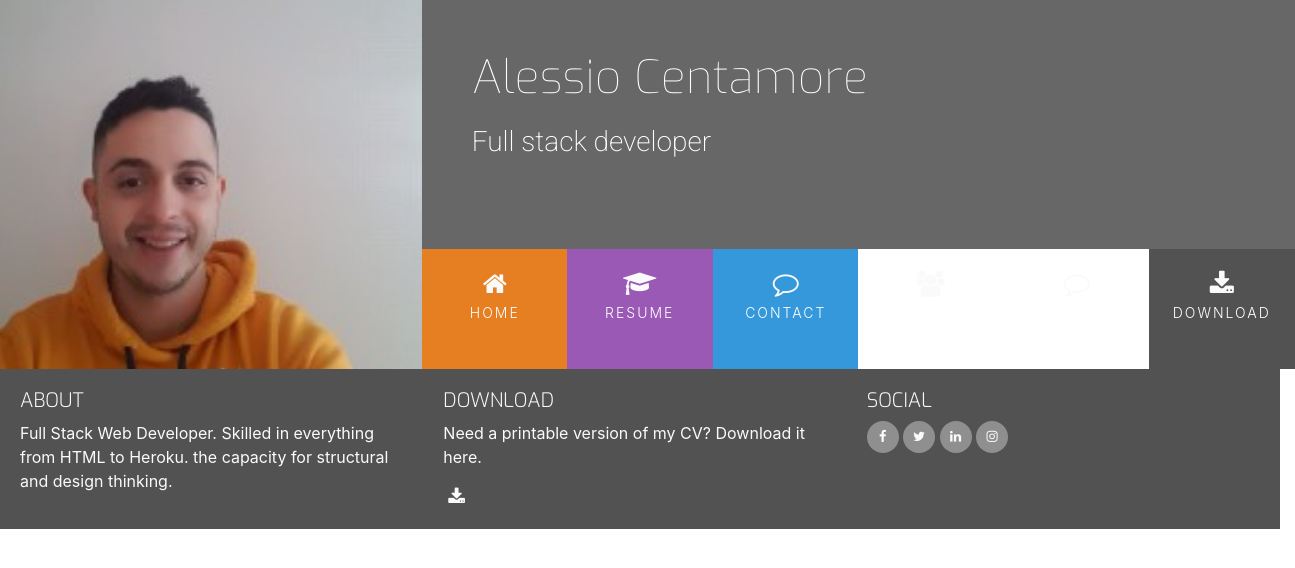
Repository: Baal89/Resume
Page: github.html
The author's editor kept a record of every edit. The page is drawn from the files as they stood at one moment, then again after the next edit.
The browser window is 1280 px wide. The page is 1295 px wide, so the pictures cover 1295 px, including what lies to the right of the window. The pictures show the whole page.

Above is the page before.

### github.html
<!DOCTYPE html>
<html lang="en">

<head>
    <meta charset="UTF-8">
    <meta name="viewport" content="width=device-width, initial-scale=1.0">
    <meta http-equiv="X-UA-Compatible" content="ie=edge">
    <link rel="stylesheet" href="https://stackpath.bootstrapcdn.com/bootstrap/4.4.1/css/bootstrap.min.css" integrity="sha384-Vkoo8x4CGsO3+Hhxv8T/Q5PaXtkKtu6ug5TOeNV6gBiFeWPGFN9MuhOf23Q9Ifjh" crossorigin="anonymous">
    <link href="https://stackpath.bootstrapcdn.com/font-awesome/4.7.0/css/font-awesome.min.css" rel="stylesheet" integrity="sha384-wvfXpqpZZVQGK6TAh5PVlGOfQNHSoD2xbE+QkPxCAFlNEevoEH3Sl0sibVcOQVnN" crossorigin="anonymous">
    <link rel="stylesheet" href="https://cdnjs.cloudflare.com/ajax/libs/hover.css/2.3.1/css/hover-min.css" type="text/css" />
    <link rel="stylesheet" href="assets/css/style.css" type="text/css" />
    <title>Alessio</title>
</head>

<body>

    <header>
        <div class="row">
            <a href="index.html" class="col-md-4 logo px-0">

            </a>
            <div class="col-md-8">
                <div class="row bg-color-name-title">
                    <div class="col heading px-0">
                        <h1 class="name">Alessio Centamore</h1>
                        <h2 class="title">Full stack developer</h2>
                    </div>
                </div>
                <div class="row">
                    <div class="col px-0">
                        <ul id="nav" class="list-inline menu-container">
                            <li class="col-6 col-sm-2 ui-menu-color-home list-inline-item menuitem">
                                <a href="index.html" class="hvr-sweep-to-bottom"><i class="fa fa-home" aria-hidden="true"></i><span>Home</span></a>
                            </li>
                            <li class="col-6 col-sm-2 ui-menu-color-resume list-inline-item menuitem">
                                <a href="resume.html" class="hvr-sweep-to-bottom"><i class="fa fa-graduation-cap" aria-hidden="true"></i><span>Resume</span></a>
                            </li>
                            <li class="col-6 col-sm-2 ui-menu-color-contact list-inline-item menuitem">
                                <a href="contact.html" class="hvr-sweep-to-bottom"><i class="fa fa-comment-o" aria-hidden="true"></i><span>Contact</span></a>
                            </li>
                            <li class="col-6 col-sm-2 ui-menu-color-interests list-inline-item menuitem">
                                <a href="interests.html" class="hvr-sweep-to-bottom"><i class="fa fa-users" aria-hidden="true"></i><span>Interests</span></a>
                            </li>
                            <li class="col-6 col-sm-2 ui-menu-color-github list-inline-item menuitem">
                                <a href="github.html" class="hvr-sweep-to-bottom"><i class="fa fa-comment-o" aria-hidden="true"></i><span>GitHub</span></a>
                            </li>
                            <li class="col-6 col-sm-2 ui-menu-color-download list-inline-item menuitem">
                                <a href="assets/cv/Alessio-Centamore-C.V.pdf" target="_blank" class="hvr-sweep-to-bottom"><i class="fa fa-download" aria-hidden="true"></i><span>Download</span></a>
                            </li>
                        </ul>
                    </div>
                </div>
            </div>
        </div>
    </header>



    <footer class="container-fluid" id="footer-details">
        <div class="row">
            <div class="col-sm-4">
                <h5 class="uppercase general-sub">About</h5>
                <p class="inline-block">Full Stack Web Developer. Skilled in everything from HTML to Heroku. the capacity for structural and design thinking.</p>
            </div>
            <div class="col-sm-4">
                <h5 class="uppercase general-sub">Download</h5>
                <p class="inline-block">Need a printable version of my CV? Download it here.</p>
                <a href="assets/cv/Alessio-Centamore-C.V.pdf" target="_blank" target="_blank" class="cv-pdf">
                    <i class="fa fa-download" aria-hidden="true"></i>
                    <span class="sr-only">Download link.</span>
                </a>
            </div>
            <div class="col-sm-4">
                <h5 class="uppercase general-sub">Social</h5>
                <ul class="list-inline social-links">
                    <li class="list-inline-item">
                        <a target="_blank" href="#">
                            <i class="fa fa-facebook" aria-hidden="true"></i>
                            <span class="sr-only">Facebook</span>
                        </a>
                    </li>
                     <li class="list-inline-item">
                        <a target="_blank" href="#">
                            <i class="fa fa-twitter" aria-hidden="true"></i>
                            <span class="sr-only">Twitter</span>
                        </a>
                    </li>
                     <li class="list-inline-item">
                        <a target="_blank" href="#">
                            <i class="fa fa-linkedin" aria-hidden="true"></i>
                            <span class="sr-only">Linkedin</span>
                        </a>
                    </li>
                     <li class="list-inline-item">
                        <a target="_blank" href="#">
                            <i class="fa fa-instagram" aria-hidden="true"></i>
                            <span class="sr-only">Instagram</span>
                        </a>
                    </li>
                </ul>
            </div>
        </div>
    </footer>

</body>

</html>

### assets/css/style.css
@import url('https://fonts.googleapis.com/css?family=Roboto:100,200,300,400,500,600,700|Exo:100,200,300,400,500,600,700&display=swap');


/*-----------------------------------------------------------------Colors */

.bg-color-name-title {
    background-color: #676767;
}

.bg-color-three-resons {
    background-color: #fff;
}

.bg-color-personal-info {
    background-color: #f4f4f4
}

.bg-color-personal-work-history {
    background-color: #9b59b6;
}

.bg-color-contact {
    background-color: #fff;
}

.ui-menu-color-home {
    background-color: #e67e22;
}

.ui-menu-color-resume {
    background-color: #9b59b6;
}

.ui-menu-color-contact {
    background-color: #3498db;
}

.ui-menu-color-download {
    background-color: #525252;
}

/* ---------------------------------------------------------------Special padding/margins/text */

h1,
h2,
h3,
h4 {
    margin: 0;
}

.uppercase {
    text-transform: uppercase;
}

.general-sub {
    font-family: "Exo", sans-serif;
    font-weight: 300;
    color: #fafafa;
}

.inline-block {
    display: inline-block;
}

.row-table {
    display: table;
}

.section-column {
    display: table-cell;
    padding: 0 30px 30px;
    float: none;
}

.section-heading,
.history-heading {
    font-family: "Exo", sans-serif;
    font-weight: 300;
    margin-top: 25px;
    margin-bottom: 40px;
}

/* ---------------------------------------------------------------Heading */

header {
    margin: 0;
}

.heading {
    margin-left: 50px;
}

.logo {
    background-image: url("../img/Alessio.jpg");
    background-position: center;
    background-repeat: no-repeat;
    background-size: cover;
    min-height: 360px;
    transition: all .5s ease-in-out;
    -moz-transition: all .5s ease-in-out;
    -webkit-transition: all .5s ease-in-out;
}

.name {
    font-family: Exo, sans-serif;
    font-weight: 100;
    font-size: 46px;
    margin-top: 50px;
    color: #ffffff;
}

.title {
    font-family: Roboto, sans-serif;
    font-weight: 200;
    font-size: 28px;
    margin-top: 20px;
    margin-bottom: 90px;
    color: #ffffff;
}

.list-inline-item:not(:last-child) {
    margin-right: 0 !important;
}

.menu-container {
    font-size: 0;
}

#nav li {
    font-size: 14px;
    padding: 0;
}

.menuitem {
    height: 120px;
    text-align: center;
    padding: 0;
}

.menuitem a {
    width: 100%;
    text-decoration: none;
    color: #fff;
    height: 120px;
}

.menuitem i {
    padding-top: 22px;
    display: block;
    color: #fafafa;
    font-size: 26px;
}

.menuitem span {
    display: block;
    width: 100%;
    padding-top: 5px;
    text-align: center;
    text-transform: uppercase;
    font-size: 14px;
    font-weight: 300;
    letter-spacing: 2px;
}

#nav {
    margin: 0;
}

/* ---------------------------------------------------------------Hover */

.hvr-sweep-to-bottom:before {
    background-color: rgba(0,0,0, 0.2);
    height: 120px;
}

/* --------------------------------------------------------------Footer */

footer {
    background-color: #525252;
    color: #fafafa;
    min-height: 120px;
    margin: 0;
}

.cv-pdf i {
    font-size: 18px;
    color: #fafafa;
    text-align: center;
    padding-left: 5px;
    transition: all 0.35s ease-in-out;
    -moz-0transition: all 0.35s ease-in-out;
    -webkit-transition: all 0.35s ease-in-out;
    -o-transition: all 0.35s ease-in-out;
}

.cv-pdf i:hover {
    color: #e84610;
}

.social-links {
    padding-bottom: 15px;
}

.social-links li a i {
    width: 32px;
    height: 32px;
    padding: 12px 0;
    border-radius: 50%;
    font-size: 13px;
    line-height: 7px;
    text-align: center;
    color: #fafafa;
    background-color: #8f8f8f;
    transition: all 0.35s ease-in-out;
    -moz-0transition: all 0.35s ease-in-out;
    -webkit-transition: all 0.35s ease-in-out;
    -o-transition: all 0.35s ease-in-out;
}

.social-links li a i:hover {
    background-color: #e84610;
}

#footer-details {
    padding: 20px;
}

/* --------------------------------------------------------------three reasons */


.three-resons-icon {
    font-size: 26px;
    color: #e67e22;
}

.three-reasons-heading {
    margin: 15px;
}

/* --------------------------------------------------------------Personal info*/

.personal-info-item {
    margin-bottom: 20px;
    display: block;
    clear: both;
}

.personal-info-item .key,
.personal-info-item .value {
    padding-right: 8px;
    display: inline-block;
}

.personal-info-item .key p,
.personal-info-item .value p {
    margin: 0;
}

.personal-info-item .key {
    width: 30%;
    margin-right: 21px;
    padding-top: 2px;
    vertical-align: top;
}

.personal-info-item .key p {
    font-weight: 700;
}

.personal-info-item .value {
    position: relative;
    width: 60%;
}

/* --------------------------------------------------------------skills */

.progress {
    position: relative;
    height: 25px;
    margin-bottom: 4px;
}

.progress-type {
    position: absolute;
    left: 0px;
    font-weight: 400;
    padding: 3px 30px 2px 10px;
    color: #fafafa;
    background-color: rgba(25, 25, 25, 0.2);
}

.progress-section {
    margin: 40px 20px;
}

/* ---------------------------------------------------------------work history */

.history-heading {
    color: #fafafa;
    margin-bottom: 50px;
}

.timeline-item {
    padding: 4em 2em 0em 2em;
    position: relative;
    color: #fafafa;
    border-left: 1px solid;
}

.timeline-item p {
    padding: 0;
    margin: 0;
}

.timeline-item:before {
    content: attr(data-dates);
    position: absolute;
    left: 2.5em;
    top: 3em;
    display: block;
    font-family: "Exo" , sans-serif;
    font-weight: 500;
    font-size: 0.8em;
    padding: 0;
    margin: 0;
}

.timeline-item:after {
    width: 12px;
    height: 12px;
    display: block;
    top: 2.4em;
    position: absolute;
    left: -6px;
    border-radius: 12px;
    content: "";
    background-color: #fafafa;
}

.history-item {
    margin-bottom: 30px;
}

/* ---------------------------------------------------------------Contact form */

.contact-heading {
    font-family: "Exo", sans-serif;
    font-weight: 300;
    margin-top: 25px;
    margin-bottom: 20px;
}

.center-form {
    padding-top: 10px;
    margin: 0 auto;
    max-width: 70%;
}

button[type="submit"] {
    margin-top: 15px;
    margin-bottom: 20px;
    color: #fafafa;
    background-color: #e84619;
}

/* ---------------------------------------------------------------Media Queries */

@media screen and (max-width: 992px) {
    .center-form {
        padding-top: 30px;
        min-height: 240px;
        margin: 0 auto;
        max-width: 50%
    }
}

After the next edit:
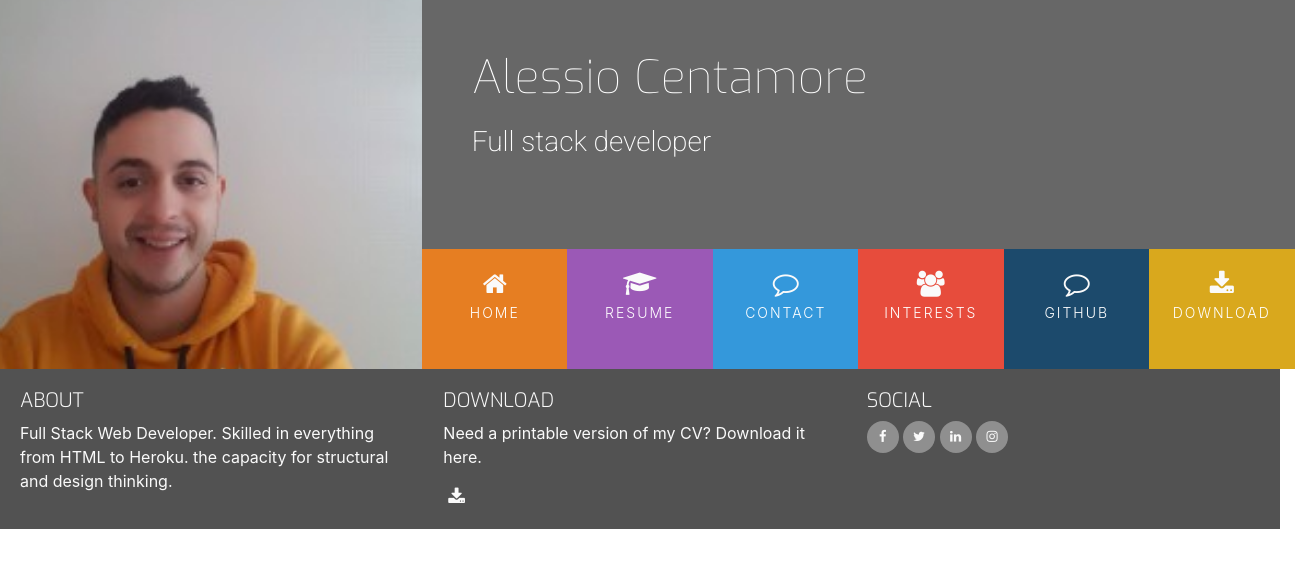
The edit:
--- a/assets/css/style.css
+++ b/assets/css/style.css
@@ -7,20 +7,32 @@
     background-color: #676767;
 }
 
-.bg-color-three-resons {
-    background-color: #fff;
+.bg-color-three-reasons {
+    background-color: #ffffff;
 }
 
 .bg-color-personal-info {
-    background-color: #f4f4f4
-}
-
-.bg-color-personal-work-history {
+    background-color: #f4f4f4;
+}
+
+.bg-color-skills {
+    background-color: #ffffff;
+}
+
+.bg-color-work-history {
     background-color: #9b59b6;
 }
 
 .bg-color-contact {
-    background-color: #fff;
+    background-color: #ffffff;
+}
+
+.bg-color-conferences {
+    background-color: #f4f4f4;
+}
+
+.bg-color-groups {
+    background-color: #ffffff;
 }
 
 .ui-menu-color-home {
@@ -36,8 +48,18 @@
 }
 
 .ui-menu-color-download {
-    background-color: #525252;
-}
+    background-color: #d9a81d;
+}
+
+
+.ui-menu-color-github {
+    background-color: #1c4a6c;
+}
+
+.ui-menu-color-interests {
+    background-color: #e74c3c;
+}
+
 
 /* ---------------------------------------------------------------Special padding/margins/text */
 
